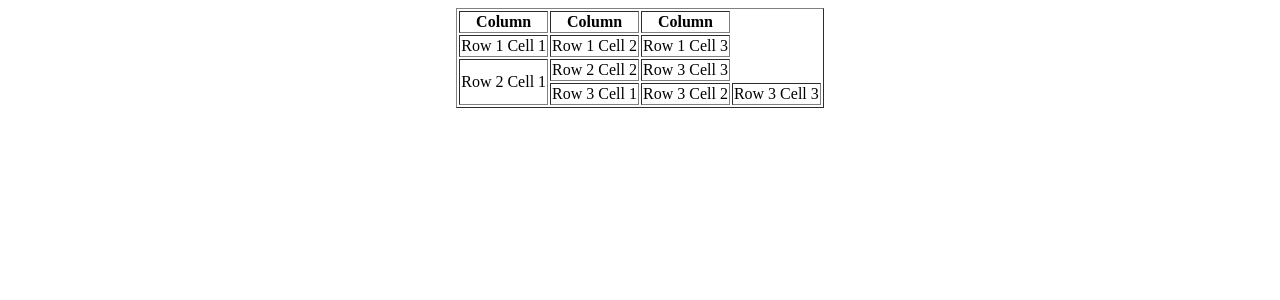
Repository: wakoya-tech/Node.js
Page: Desktop/Node-js/okey.html
These files come from the project's save history. The page is drawn as it stood at one moment and after the next save; the edit follows.
The browser window is 1280 px wide. The pictures show the whole page.

Above is the page before, as saved 2025-11-13 11:32:53.

After the next save:
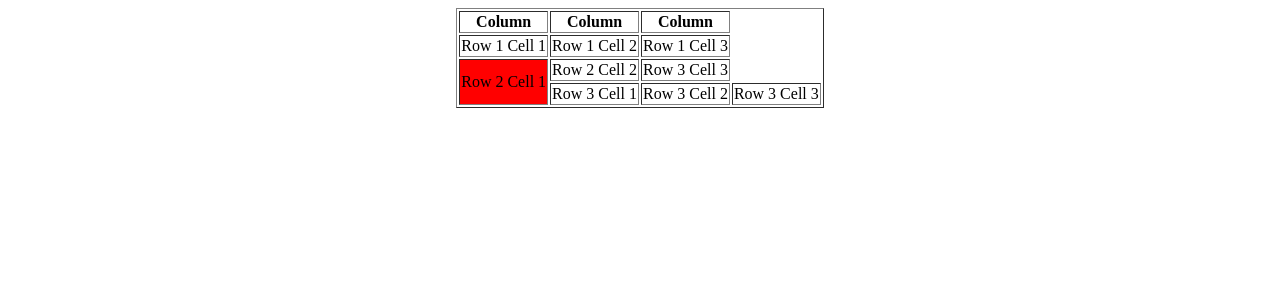
Saved 93 s later.
--- a/Desktop/Node-js/okey.html
+++ b/Desktop/Node-js/okey.html
@@ -14,7 +14,7 @@
         <td>Row 1 Cell 1</td><td>Row 1 Cell 2</td><td>Row 1 Cell 3</td>
     </tr>
     <tr>
-        <td rowspan="2">Row 2 Cell 1</td><td>Row 2 Cell 2</td><td>Row 3 Cell 3</td>
+        <td bgcolor="red" rowspan="2">Row 2 Cell 1</td><td>Row 2 Cell 2</td><td>Row 3 Cell 3</td>
     </tr>
     <tr>
         <td>Row 3 Cell 1</td><td>Row 3 Cell 2</td><td>Row 3 Cell 3</td>
